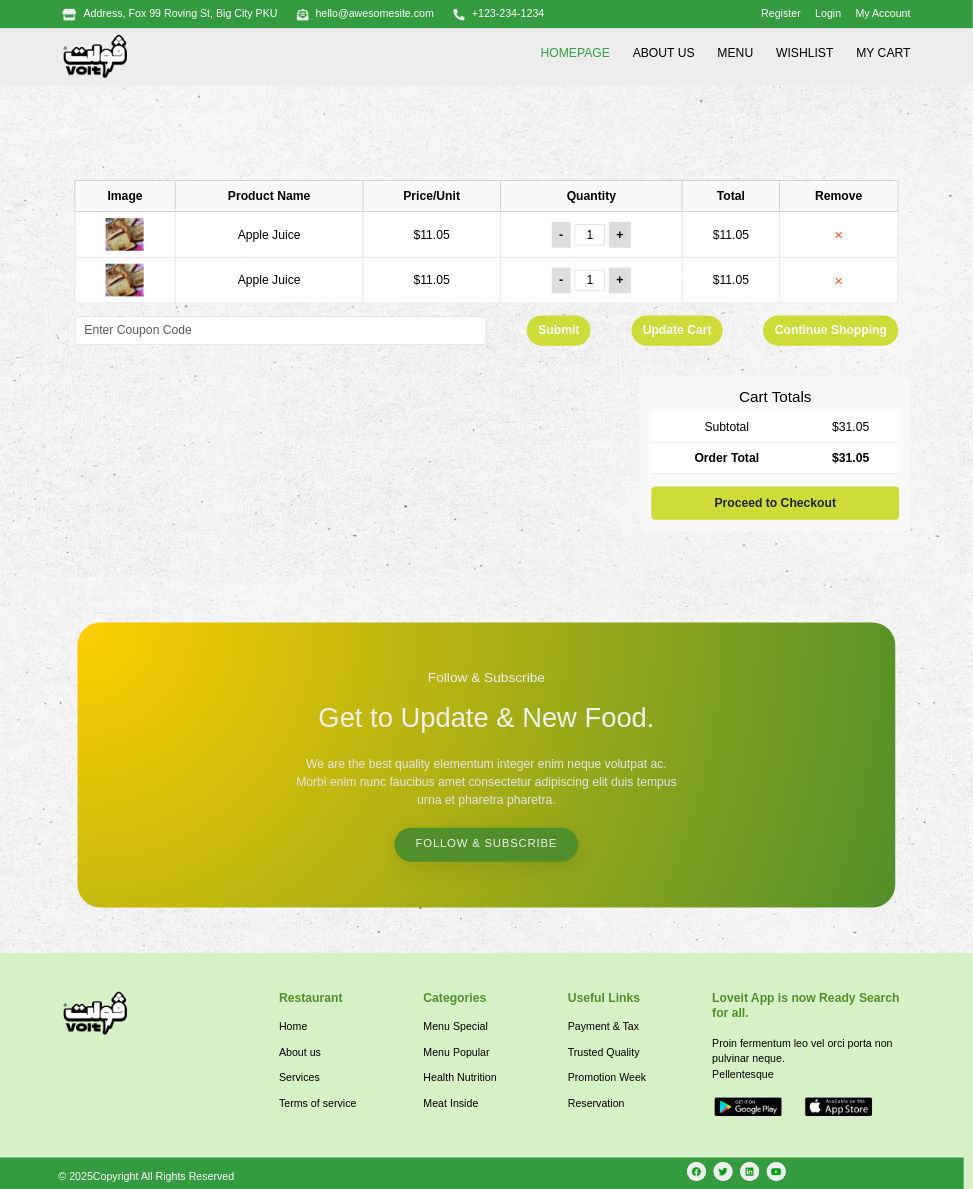
Repository: junivig/volt-new-project
Page: checkout.html
These files come from the project's save history. The page is drawn as it stood at one moment and after the next save; the edit follows.
The browser window is 1280 px wide. The pictures show the whole page, at 76% of full size.

Above is the page before, as saved 2025-01-31 18:04:42.

### checkout.html
<!DOCTYPE html>
<html lang="en">

<head>
  <meta charset="utf-8">
  <meta content="width=device-width, initial-scale=1.0" name="viewport">
  <title>Checkout - Voltfood</title>
  <meta name="description" content="">
  <meta name="keywords" content="">

  <!-- Favicons -->
  <link href="assets/img/favicon.png" rel="icon">
  <link href="assets/img/apple-touch-icon.png" rel="apple-touch-icon">

  <!-- Fonts -->
  <link href="https://fonts.googleapis.com" rel="preconnect">
  <link href="https://fonts.gstatic.com" rel="preconnect" crossorigin>
  <link href="https://fonts.googleapis.com/css2?family=Roboto:ital,wght@0,100;0,300;0,400;0,500;0,700;0,900;1,100;1,300;1,400;1,500;1,700;1,900&family=Raleway:ital,wght@0,100;0,200;0,300;0,400;0,500;0,600;0,700;0,800;0,900;1,100;1,200;1,300;1,400;1,500;1,600;1,700;1,800;1,900&family=Ubuntu:ital,wght@0,300;0,400;0,500;0,700;1,300;1,400;1,500;1,700&display=swap" rel="stylesheet">

  <!-- Vendor CSS Files -->
  <link href="assets/vendor/bootstrap/css/bootstrap.min.css" rel="stylesheet">
  <link href="assets/vendor/bootstrap-icons/bootstrap-icons.css" rel="stylesheet">
  <link href="assets/vendor/aos/aos.css" rel="stylesheet">
  <link href="assets/vendor/glightbox/css/glightbox.min.css" rel="stylesheet">
  <link href="assets/vendor/swiper/swiper-bundle.min.css" rel="stylesheet">

  <!-- Main CSS File -->
  <link href="assets/css/main.css" rel="stylesheet">

  <!-- =======================================================
  * Template Name: eNno
  * Template URL: https://bootstrapmade.com/enno-free-simple-bootstrap-template/
  * Updated: Aug 07 2024 with Bootstrap v5.3.3
  * Author: BootstrapMade.com
  * License: https://bootstrapmade.com/license/
  ======================================================== -->
</head>

<body class="index-page">

  <header id="header" class="header ">
    <div class="container-fluid  top-header">
      <div class="container-xl">
          <div class="row align-items-center">
              <div class="col-md-8 d-flex align-items-center">
                <nav id="navmenu" class="navmenu">
                  <ul>
                <li class="">
                  <img src="assets/img/location-icon.png" alt="Location Icon" class="icon-right">
                  <span class="top-header-text">Address, Fox 99 Roving St, Big City PKU</span>
              </li>
                <li class="">
                  <img src="assets/img/email-icon.png" alt="Email Icon" class="icon-right">
                  <span class="top-header-text">hello@awesomesite.com</span>
              </li>
              <li class="">
                <img src="assets/img/phone-icon.png" alt="Phone Icon" class="icon-right">
                <span class="top-header-text">+123-234-1234</span>
            </li>
                  </ul>
                </nav>
              </div>
              <div class="col-md-4 text-end">
                  <a href="#" >Register</a>
                  <a href="#">Login</a>
                  <a href="#">My Account</a>
              </div>
          </div>
        </div>
  </div>
    <div class="container-fluid container-xl position-relative d-flex align-items-center">

      <a href="index.html" class="logo d-flex align-items-center me-auto">

        <img src="assets/img/logo.png" alt="Logo Image">
      </a>

      <nav id="navmenu" class="navmenu">
        <ul>
          <li><a href="index.html" class="active">HOMEPAGE</a></li>
          <li><a href="about.html">ABOUT US</a></li>
          <li><a href="menu.html">MENU</a></li>
          <li><a href="#">WISHLIST</a></li>
          <li><a href="#">MY CART</a></li>
          <!-- <li class="dropdown"><a href="#"><span>Dropdown</span> <i class="bi bi-chevron-down toggle-dropdown"></i></a>
            <ul>
              <li><a href="#">Dropdown 1</a></li>
              <li class="dropdown"><a href="#"><span>Deep Dropdown</span> <i class="bi bi-chevron-down toggle-dropdown"></i></a>
                <ul>
                  <li><a href="#">Deep Dropdown 1</a></li>
                  <li><a href="#">Deep Dropdown 2</a></li>
                  <li><a href="#">Deep Dropdown 3</a></li>
                  <li><a href="#">Deep Dropdown 4</a></li>
                  <li><a href="#">Deep Dropdown 5</a></li>
                </ul>
              </li>
              <li><a href="#">Dropdown 2</a></li>
              <li><a href="#">Dropdown 3</a></li>
              <li><a href="#">Dropdown 4</a></li>
            </ul>
          </li> -->
        </ul>
        <i class="mobile-nav-toggle d-xl-none bi bi-list"></i>
      </nav>

      <!-- <a class="btn-getstarted" href="index.html#about">Get Started</a> -->

    </div>
  </header>

  <main class="main">


        <!-- Checkout Section -->
        <section id="testimonials" class="testimonials section light-background bg-image">
            <div class="container mt-5">
                <div class="row">
                    <div class="">
                        <!-- Cart Table -->
                        <div class="cart-table p-3">
                            <table class="table table-bordered">
                                <thead class="table-light">
                                    <tr>
                                        <th>Image</th>
                                        <th>Product Name</th>
                                        <th>Price/Unit</th>
                                        <th>Quantity</th>
                                        <th>Total</th>
                                        <th>Remove</th>
                                    </tr>
                                </thead>
                                <tbody>
                                    <tr>
                                        <td><img src="assets/img/breakfast.png" alt="Apple"></td>
                                        <td>Apple Juice</td>
                                        <td>$11.05</td>
                                        <td>
                                            <div class="quantity-control">
                                                <button class="decrease">-</button>
                                                <input type="text" value="1">
                                                <button class="increase">+</button>
                                            </div>
                                        </td>
                                        <td>$11.05</td>
                                        <td><span class="remove-btn">&times;</span></td>
                                    </tr>
                                    <tr>
                                        <td><img src="assets/img/breakfast.png" alt="Apple"></td>
                                        <td>Apple Juice</td>
                                        <td>$11.05</td>
                                        <td>
                                            <div class="quantity-control">
                                                <button class="decrease">-</button>
                                                <input type="text" value="1">
                                                <button class="increase">+</button>
                                            </div>
                                        </td>
                                        <td>$11.05</td>
                                        <td><span class="remove-btn">&times;</span></td>
                                    </tr>
                                </tbody>
                            </table>

                            <!-- Coupon Code Section -->
                            <div class="d-flex justify-content-between align-items-center">
                                <input type="text" class="form-control w-50" placeholder="Enter Coupon Code">
                                <button class="btn btn-custom">Submit</button>
                                <button class="btn btn-custom">Update Cart</button>
                                <button class="btn btn-custom">Continue Shopping</button>
                            </div>
                        </div>
                    </div>


                </div>
                <div class="row mt-4">
                    <!-- Cart Totals Section -->
                     <div class="col-lg-8"></div>
                    <div class="col-lg-4 text-end">
                        <div class="cart-summary">
                            <h5>Cart Totals</h5>
                            <table class="table">
                                <tr>
                                    <td>Subtotal</td>
                                    <td>$31.05</td>
                                </tr>
                                <tr>
                                    <td><strong>Order Total</strong></td>
                                    <td><strong>$31.05</strong></td>
                                </tr>
                            </table>
                            <button class="btn proceed-btn w-100">Proceed to Checkout</button>
                        </div>
                    </div>
                </div>
            </div>
        </section>
      <!-- /Checkout Section -->


  </main>





 <!-- /Subscribe Footer Section -->
 <section class="bg-image">
  <div class="footer-newsletter">
    <div class="container">
      <div class="row justify-content-center text-center">
        <div class="col-lg-6">
          <p class="footer-newsletter-sub-heading">Follow & Subscribe</p>
          <h4 class="footer-newsletter-heading">Get to Update & New Food.</h4>
          <p class="footer-newsletter-text">We are the best quality elementum integer enim neque volutpat ac. Morbi enim nunc
            faucibus amet consectetur adipiscing elit duis tempus urna et pharetra pharetra.</p>
            <div class="mt-4">
            <a href="#about" class="subscribe-button">FOLLOW & SUBSCRIBE</a>
          </div>
        </div>
      </div>
    </div>
  </div>
</section><!-- /Subscribe Footer Section -->

  <footer id="footer" class="footer">



    <div class="container footer-top">
      <div class="row gy-4">
        <div class="col-lg-3 col-md-6 footer-about">
          <a href="index.html" class="logo d-flex align-items-center me-auto">
            <img src="assets/img/logo.png" alt="Logo Image">
          </a>

        </div>

        <div class="col-lg-2 col-md-3 footer-links">
          <h4 class="footer-pages-heading">Restaurant</h4>
          <ul>
            <li> <a href="#">Home</a></li>
            <li> <a href="#">About us</a></li>
            <li> <a href="#">Services</a></li>
            <li> <a href="#">Terms of service</a></li>
          </ul>
        </div>

        <div class="col-lg-2 col-md-3 footer-links">
          <h4 class="footer-pages-heading">Categories</h4>
          <ul>
            <li> <a href="#">Menu Special</a></li>
            <li> <a href="#">Menu Popular</a></li>
            <li> <a href="#">Health Nutrition</a></li>
            <li> <a href="#">Meat Inside</a></li>
          </ul>
        </div>
        <div class="col-lg-2 col-md-3 footer-links">
          <h4 class="footer-pages-heading">Useful Links</h4>
          <ul>
            <li> <a href="#">Payment & Tax</a></li>
            <li> <a href="#">Trusted Quality</a></li>
            <li> <a href="#">Promotion Week</a></li>
            <li> <a href="#">Reservation</a></li>
          </ul>
        </div>

        <div class="col-lg-3 col-md-12">
          <h4 class="footer-pages-heading">Loveit App is now Ready Search for all.</h4>
          <p>Proin fermentum leo vel orci porta non pulvinar neque. <br> Pellentesque</p>
          <div class="row">
            <div class="col-lg-5 col-md-6 col-sm-12">
              <img src="assets/img/android.png" alt="Google Play Image" class="mobile-app-image">
           </div>
           <div class="col-lg-5 col-md-6 col-sm-12">
            <img src="assets/img/apple.png" alt="Apple Store Image" class="mobile-app-image">
         </div>
        </div>

      </div>
    </div>
    </div>
    <div class="row copyright mt-4">
      <div class="row">
      <div class="col-lg-6 col-md-12 col-sm-12">
        <p class="mt-2">© 2025<span>Copyright All Rights Reserved</span></p>
      </div>
      <div class="col-lg-3 col-md-12 col-md-12">
      </div>
      <div class="col-lg-3 col-md-12 col-md-12 social-media-icons">
        <div class="social-links d-flex text-end">
          <a href=""><img src="assets/img/facebook.png" alt="Logo Image"></a>
          <a href=""><img src="assets/img/twitter.png" alt="Logo Image"></a>
          <a href=""><img src="assets/img/linkedin.png" alt="Logo Image"></i></a>
          <a href=""><img src="assets/img/youtube.png" alt="Logo Image"></i></a>
        </div>
      </div>
      </div>
    </div>
  </footer>

  <!-- Scroll Top -->
  <a href="#" id="scroll-top" class="scroll-top d-flex align-items-center justify-content-center"><i class="bi bi-arrow-up-short"></i></a>

  <!-- Preloader -->
  <div id="preloader"></div>

  <!-- Vendor JS Files -->
  <script src="assets/vendor/bootstrap/js/bootstrap.bundle.min.js"></script>
  <script src="assets/vendor/php-email-form/validate.js"></script>
  <script src="assets/vendor/aos/aos.js"></script>
  <script src="assets/vendor/glightbox/js/glightbox.min.js"></script>
  <script src="assets/vendor/purecounter/purecounter_vanilla.js"></script>
  <script src="assets/vendor/imagesloaded/imagesloaded.pkgd.min.js"></script>
  <script src="assets/vendor/isotope-layout/isotope.pkgd.min.js"></script>
  <script src="assets/vendor/swiper/swiper-bundle.min.js"></script>
  <script>
    fetch("footer.html")
      .then(response => response.text())
      .then(data => document.getElementById("footer-placeholder").innerHTML = data)
      .catch(error => console.error("Error loading the footer:", error));
  </script>

  <!-- Main JS File -->
  <script src="assets/js/main.js"></script>
  <script>
    document.addEventListener("DOMContentLoaded", function () {
        document.querySelectorAll(".quantity-control button").forEach(button => {
            button.addEventListener("click", function () {
                let input = this.parentElement.querySelector("input");
                let value = parseInt(input.value);
                if (this.classList.contains("increase")) {
                    input.value = value + 1;
                } else if (this.classList.contains("decrease") && value > 1) {
                    input.value = value - 1;
                }
            });
        });

        document.querySelectorAll(".remove-btn").forEach(button => {
            button.addEventListener("click", function () {
                this.closest("tr").remove();
            });
        });
    });
</script>

</body>

</html>

### footer.html
<!-- Subscribe Footer Section -->
<section class="bg-image">
    <div class="footer-newsletter">
      <div class="container">
        <div class="row justify-content-center text-center">
          <div class="col-lg-6">
            <p class="footer-newsletter-sub-heading">Follow & Subscribe</p>
            <h4 class="footer-newsletter-heading">Get to Update & New Food.</h4>
            <p class="footer-newsletter-text">We are the best quality elementum integer enim neque volutpat ac. Morbi enim nunc
              faucibus amet consectetur adipiscing elit duis tempus urna et pharetra pharetra.</p>
            <div class="mt-4">
              <a href="#about" class="subscribe-button">FOLLOW & SUBSCRIBE</a>
            </div>
          </div>
        </div>
      </div>
    </div>
  </section>


  <footer id="footer" class="footer">
    <div class="container footer-top">
      <div class="row gy-4">
        <div class="col-lg-3 col-md-6 footer-about">
          <a href="index.html" class="logo d-flex align-items-center me-auto">
            <img src="assets/img/logo.png" alt="Logo Image">
          </a>
        </div>

        <div class="col-lg-2 col-md-3 footer-links">
          <h4 class="footer-pages-heading">Restaurant</h4>
          <ul>
            <li><a href="#">Home</a></li>
            <li><a href="#">About us</a></li>
            <li><a href="#">Services</a></li>
            <li><a href="#">Terms of service</a></li>
          </ul>
        </div>

        <div class="col-lg-2 col-md-3 footer-links">
          <h4 class="footer-pages-heading">Categories</h4>
          <ul>
            <li><a href="#">Menu Special</a></li>
            <li><a href="#">Menu Popular</a></li>
            <li><a href="#">Health Nutrition</a></li>
            <li><a href="#">Meat Inside</a></li>
          </ul>
        </div>

        <div class="col-lg-2 col-md-3 footer-links">
          <h4 class="footer-pages-heading">Useful Links</h4>
          <ul>
            <li><a href="#">Payment & Tax</a></li>
            <li><a href="#">Trusted Quality</a></li>
            <li><a href="#">Promotion Week</a></li>
            <li><a href="#">Reservation</a></li>
          </ul>
        </div>

        <div class="col-lg-3 col-md-12">
          <h4 class="footer-pages-heading">Loveit App is now Ready Search for all.</h4>
          <p>Proin fermentum leo vel orci porta non pulvinar neque. <br> Pellentesque</p>
          <div class="row">
            <div class="col-lg-5 col-md-6 col-sm-12">
              <img src="assets/img/android.png" alt="Google Play Image" class="mobile-app-image">
            </div>
            <div class="col-lg-5 col-md-6 col-sm-12">
              <img src="assets/img/apple.png" alt="Apple Store Image" class="mobile-app-image">
            </div>
          </div>
        </div>
      </div>
    </div>

    <div class="row copyright mt-4">
      <div class="row">
        <div class="col-lg-6 col-md-12 col-sm-12">
          <p class="mt-2">&copy; 2025 <span>Copyright All Rights Reserved</span></p>
        </div>
        <div class="col-lg-3 col-md-12 col-md-12"></div>
        <div class="col-lg-3 col-md-12 col-md-12 social-media-icons">
          <div class="social-links d-flex text-end">
            <a href=""><img src="assets/img/facebook.png" alt="Logo Image"></a>
            <a href=""><img src="assets/img/twitter.png" alt="Logo Image"></a>
            <a href=""><img src="assets/img/linkedin.png" alt="Logo Image"></a>
            <a href=""><img src="assets/img/youtube.png" alt="Logo Image"></a>
          </div>
        </div>
      </div>
    </div>
  </footer>

Loaded but not shown: assets/vendor/bootstrap/css/bootstrap.min.css (library); assets/vendor/bootstrap-icons/bootstrap-icons.css (library); assets/vendor/aos/aos.css (library); assets/vendor/glightbox/css/glightbox.min.css (library); assets/vendor/swiper/swiper-bundle.min.css (library); assets/vendor/bootstrap/js/bootstrap.bundle.min.js (library); assets/vendor/php-email-form/validate.js (common file); assets/vendor/aos/aos.js (library); assets/vendor/glightbox/js/glightbox.min.js (library); assets/vendor/purecounter/purecounter_vanilla.js (library); assets/vendor/imagesloaded/imagesloaded.pkgd.min.js (library); assets/vendor/isotope-layout/isotope.pkgd.min.js (library); assets/vendor/swiper/swiper-bundle.min.js (library); assets/js/main.js (209 lines, source omitted); assets/css/main.css (2438 lines, source omitted)

After the next save:
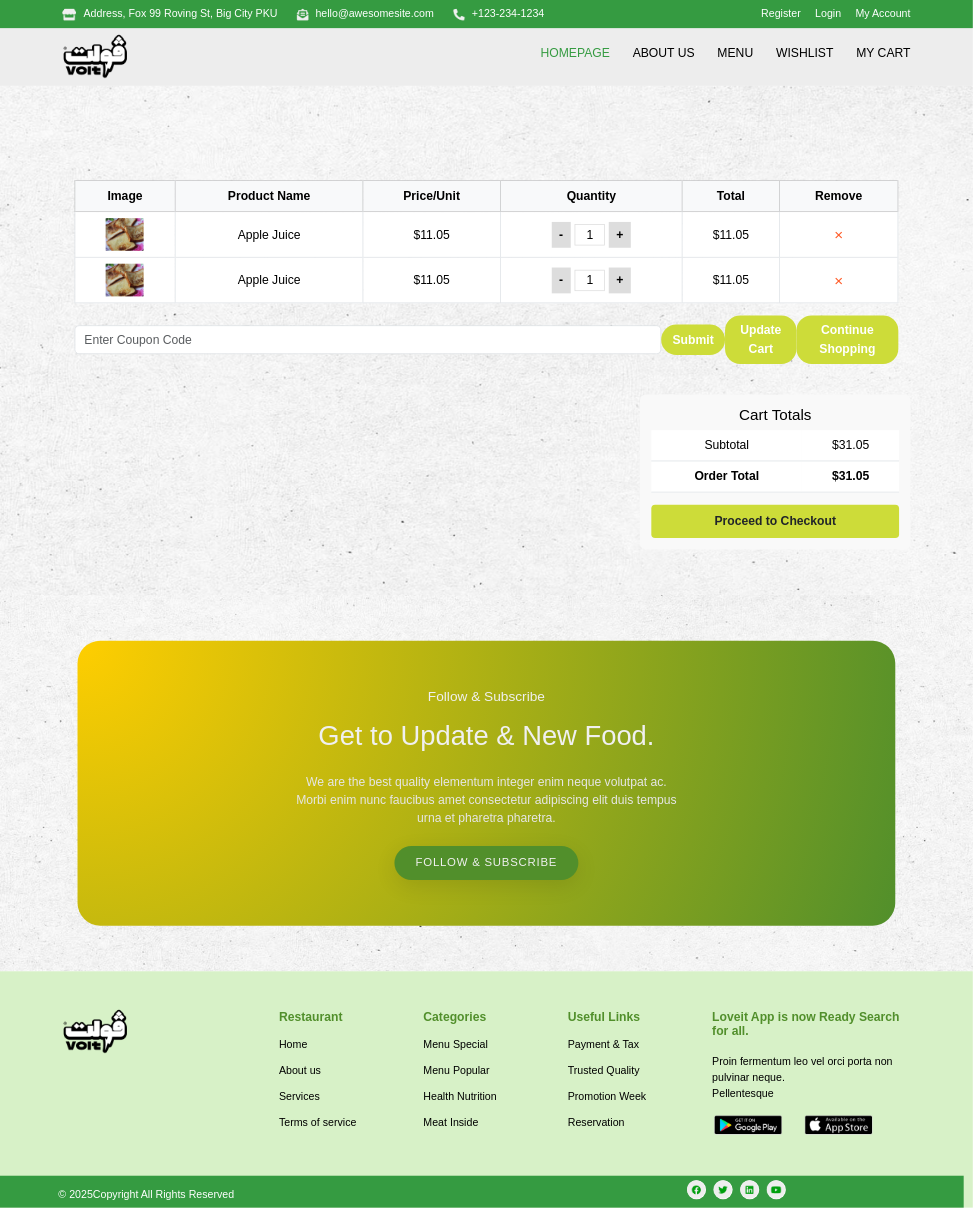
Saved 58 s later.
--- a/checkout.html
+++ b/checkout.html
@@ -163,7 +163,7 @@
 
                             <!-- Coupon Code Section -->
                             <div class="d-flex justify-content-between align-items-center">
-                                <input type="text" class="form-control w-50" placeholder="Enter Coupon Code">
+                                <input type="text" class="form-control" placeholder="Enter Coupon Code">
                                 <button class="btn btn-custom">Submit</button>
                                 <button class="btn btn-custom">Update Cart</button>
                                 <button class="btn btn-custom">Continue Shopping</button>
